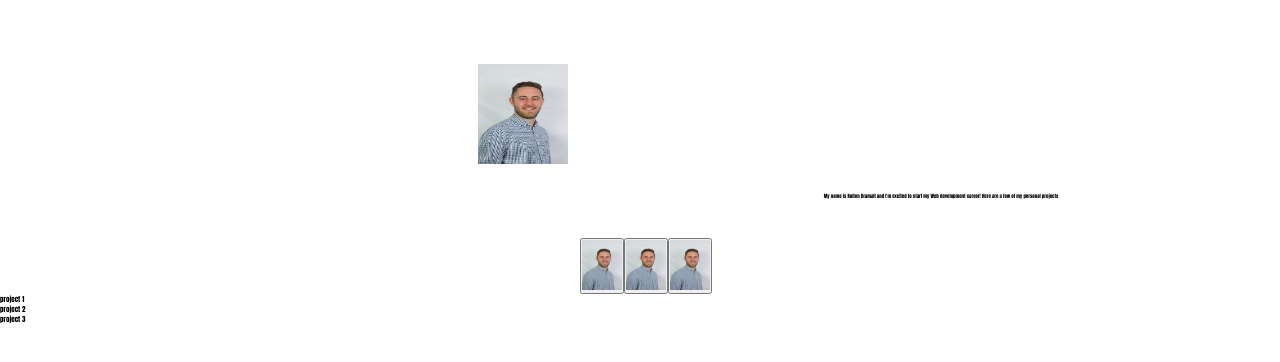
Repository: Kobramall/portfolio-project
Page: /portfolio
These files come from the project's save history. The page is drawn as it stood at one moment and after the next save; the edit follows.
The browser window is 1280 px wide. The pictures show the whole page.
The project was rebuilt for these pictures with package versions that can differ from the ones it lists, and the page was loaded fresh each time. Also part of the build but not shown: src/App.css, src/componets/Main.jsx. Imported but missing from the stored project, and not drawn on this page: src/assets/Landscape.mov.

Above is the page before, as saved 2022-11-01 15:29:13.

After the next save:
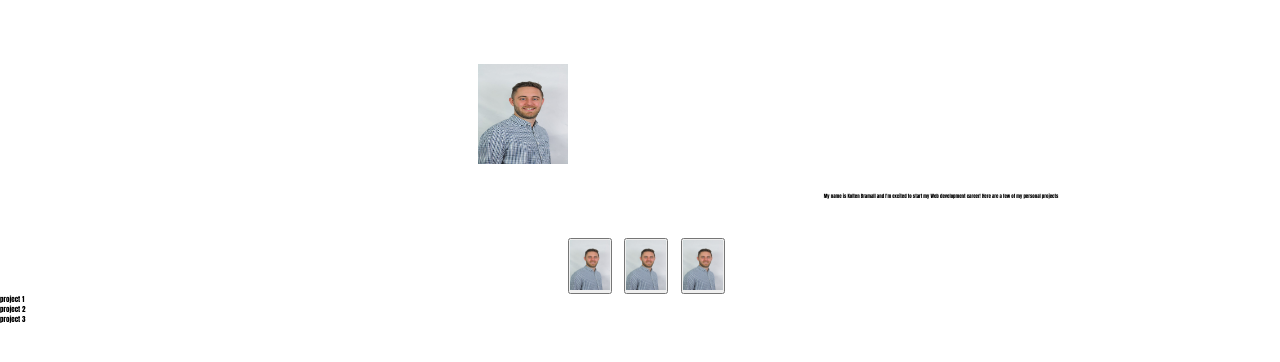
Saved 21 s later.
--- a/src/Portfolio.css
+++ b/src/Portfolio.css
@@ -24,5 +24,8 @@
   .projectLinks{
     display: flex;
     justify-content: center;
+  }
+
+  .projectLinks a{
     margin-left: 1%;
   }
